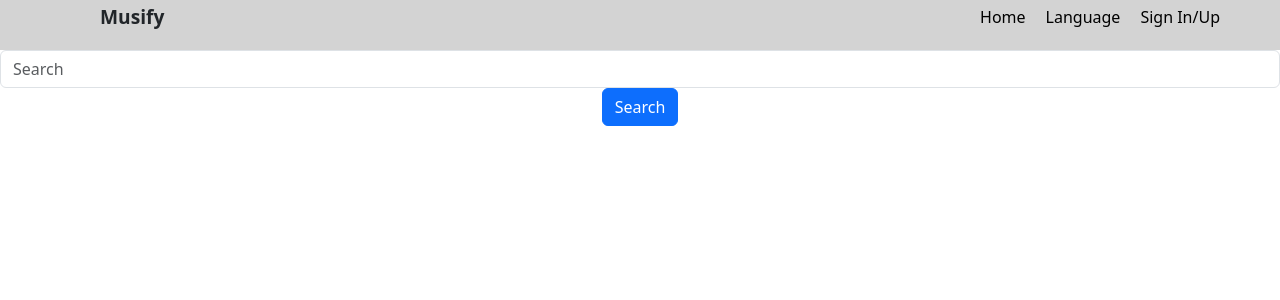
Repository: yuqiant/musify
Page: /home (app in musify/)
The author's editor kept a copy of each file at every save. The page is drawn from the files as they stood at one save, then again after the next save.
The browser window is 1280 px wide. The pictures show the whole page.
The project was rebuilt for these pictures with package versions that can differ from the ones it lists, and the page was loaded fresh each time. A package was used in the major version that the imports need, not the one package.json lists. Also part of the build but not shown: musify/src/search/index.js.

Above is the page before, as saved 2023-12-07 17:45:24.

### musify/src/index.js
import React from 'react';
import ReactDOM from 'react-dom/client';
import { BrowserRouter as Router } from 'react-router-dom'; // Import BrowserRouter

import './index.css';
import App from './App';
import Home from './home';
import reportWebVitals from './reportWebVitals';

const root = ReactDOM.createRoot(document.getElementById('root'));
root.render(

  <React.StrictMode>
    <Router><App /></Router>

  </React.StrictMode>
);

// If you want to start measuring performance in your app, pass a function
// to log results (for example: reportWebVitals(console.log))
// or send to an analytics endpoint. Learn more: https://bit.ly/CRA-vitals
reportWebVitals();

### musify/src/App.js
import logo from './logo.svg';
import 'bootstrap/dist/css/bootstrap.min.css';
import './App.css';
import Navbar from './navbar';
import Home from './home';
import SearchResults from './search';

function App() {
  return (
    <div>
      <Navbar />
      <Home />
      {/* <SearchResults /> */}
    </div>
  );

}

export default App;

### musify/src/home/index.js
// import React, { useState } from 'react';
// import axios from "axios";
// import 'bootstrap/dist/css/bootstrap.min.css';
// import './index.css';

// function Home() {
//     const [searchTerm, setSearchTerm] = useState('');
//     const [searchType, setSearchType] = useState('Songs');
//     const URL = "http://localhost:4000/api/songs";

//     const handleSearchChange = (event) => {
//         setSearchTerm(event.target.value);
//     };

//     const handleSearchSubmit = async (event) => {
//         event.preventDefault();
//         console.log('Search Term:', searchTerm);
//         console.log('Search Type:', searchType);
//         try {
//             // Make the API call
//             const response = await axios.post(URL, {
//                 searchTerm: searchTerm,
//                 searchType: searchType
//             });

//             const data = response.data;

//             // Do something with the search results
//             // For example, set them in the state and then map over that state to render components
//             console.log(data);
//         } catch (error) {
//             // Handle errors, for example, by setting an error message in your state and displaying it
//             // Axios wraps the response error in the 'response' object
//             if (error.response) {
//                 console.error('Error response:', error.response);
//             } else if (error.request) {
//                 console.error('Error request:', error.request);
//             } else {
//                 console.error('Error message:', error.message);
//             }
//         }
//     };

//     const handleSearchTypeChange = (type) => {
//         setSearchType(type);
//     };

//     return (
//         <div className="App">
//             <div className="playlist-section">
//                 <br /><br />
//                 <h2 className="playlist-heading">Make your Playlist</h2>
//                 <br /><br />
//                 <div className="search-types">
//                     {['Songs', 'Albums', 'Artists', 'Playlists'].map((type) => (
//                         <button
//                             key={type}
//                             className={`search-type-button ${searchType === type ? 'active' : ''}`}
//                             onClick={() => handleSearchTypeChange(type)}
//                         >
//                             {type}
//                         </button>
//                     ))}
//                     <br /><br />
//                 </div>
//                 <div className="search-container">
//                     <form onSubmit={handleSearchSubmit} className="form-inline">
//                         <input
//                             type="text"
//                             className="form-control search-bar mb-2 mr-sm-2"
//                             placeholder="Search for songs, artists, albums, playlists"
//                             value={searchTerm}
//                             onChange={handleSearchChange} />
//                         <button type="submit" className="btn btn-primary mb-2">Search</button>
//                     </form>
//                 </div>
//             </div>
//         </div>
//     );
// }

// export default Home;



import React, { useState, useEffect } from 'react';
import axios from 'axios';
import { useLocation, useHistory } from 'react-router-dom'; // still needed for reading the current location
import 'bootstrap/dist/css/bootstrap.min.css';
import './index.css';

function Home() {
    const [searchTerm, setSearchTerm] = useState('');
    const [searchResults, setSearchResults] = useState([]);
    const location = useLocation(); // to read the current query parameters
    // const URL = "http://localhost:4000";
    useEffect(() => {
        // Extract search criteria from URL query parameters
        const queryParams = new URLSearchParams(location.search);
        const query = queryParams.get('criteria');
        if (query) {
            performSearch(query);
        }
    }, [location.search]);

    const handleSearchChange = (event) => {
        setSearchTerm(event.target.value);
    };

    const performSearch = async (query) => {
        const REMOTE_API_URL = "http://localhost:4000/search"; // replace with the actual remote API URL
        try {
            const response = await axios.get(`${REMOTE_API_URL}?query=${query}`);
            setSearchResults(response.data.results); // Assuming the response has a 'results' field
        } catch (error) {
            console.error('Search error:', error);
        }
    };

    const handleSearchSubmit = (event) => {
        event.preventDefault();
        performSearch(searchTerm);
        window.history.pushState({}, '', `/search?criteria=${searchTerm}`); // Update URL without using history object
    };

    const renderSearchResults = () => {
        return searchResults.map((result, index) => (
            <div key={index} className="search-result-item">
                <img src={result.thumbnail} alt={result.title} />
                <h3>{result.title}</h3>
                <p>{result.description}</p>
                {/* Link to details page */}
                <a href={`/details/${result.id}`}>View Details</a>
            </div>
        ));
    };

    return (
        <div className="App">
            <div className="search-section">
                <form onSubmit={handleSearchSubmit} className="form-inline">
                    <input
                        type="text"
                        className="form-control search-bar"
                        placeholder="Search"
                        value={searchTerm}
                        onChange={handleSearchChange} />
                    <button type="submit" className="btn btn-primary">Search</button>
                </form>

                <div className="search-results">
                    {renderSearchResults()}
                </div>
            </div>
        </div>
    );
}

export default Home;

### musify/src/navbar/index.js

import React from 'react';
// import { NavLink } from 'react-router-dom';
import './index.css';
const Navbar = () => {
    return (
        <nav className="wd-navigation">
            {/* <div className="nav-container"> */}

            {/* <NavLink exact to="/" className="nav-logo">
                    Recipe Roulette
                </NavLink> */}
            <p className="bold-left-align">Musify</p>

            {/* 导航链接 */}
            <ul className="menu">
                <li className="list-group-item">
                    {/* <NavLink exact to="/" activeClassName="active"> */}
                    Home
                    {/* </NavLink> */}
                </li>
                <li className="list-group-item">
                    {/* <NavLink to="/language" activeClassName="active"> */}
                    Language
                    {/* </NavLink> */}
                </li>
                <li className="list-group-item">
                    {/* <NavLink to="/signin" activeClassName="active"> */}
                    Sign In/Up
                    {/* </NavLink> */}
                </li>
            </ul>
            {/* </div> */}
        </nav>
    );
};

export default Navbar;

### musify/src/home/index.css
/* Reset margin and padding to remove default browser styling */
* {
    margin: 0;
    padding: 0;
    box-sizing: border-box;
}

/* General App styling */
.App {
    text-align: center;
}

/* Navigation bar styling */
.App-nav {
    display: flex;
    justify-content: space-between;
    align-items: left;
    background-color: #282c34;
    padding: 1rem;
    color: white;
}

.App-nav h1 {
    font-size: 1.5rem;
}

.App-nav a {
    color: white;
    text-decoration: none;
    margin-left: 1rem;
}

.App-nav a:hover {
    text-decoration: underline;
}

/* Header and content styling */
.App-header {
    color: white;
    padding-top: 60px;
    /* Adjust this value as needed */
}

.App-logo {
    height: 40vmin;
    pointer-events: none;
}

.App-link {
    color: #61dafb;
}

.App-link:hover {
    color: #39a9db;
}

### musify/src/navbar/index.css
.wd-navigation {
    background-color: lightgray;
    list-style: none;
    padding: 0;
    margin: 0;
    width: 100%;
    /* Full width */
    display: flex;
    /* Align items in a row */
    justify-content: space-between;
    align-items: center;
    /* Even spacing */
    height: 50px;
}

.wd-navigation .list-group-item {
    display: inline-block;
    /* Make list items inline */
    border-radius: 0;
    color: black;
    /* Optional: removes border-radius */
}

.wd-navigation .menu {
    padding-right: 50px;
}

.wd-navigation a {
    padding: 10px;
    margin-bottom: 0;
    /* Adjust for horizontal layout */
    font-size: 0.8em;
    text-align: center;
    background-color: black;
    border: none;
    display: block;
    /* Ensure proper alignment */
    color: white;
    /* Text color */
    text-decoration: none;
}

.wd-navigation a.active {
    background-color: white;
    color: red;
}

.wd-icon,
.wd-navigation a i {
    color: red;
    font-size: 2em;
    margin-bottom: 0;
    /* Adjust for horizontal layout */
}

.list-group-item {
    color: white;
    /* Set default text color to white */
    padding: 5px 10px;
}

.list-group-item.active {
    background-color: black;
    color: red;
}

/* Responsive adjustments (if needed) */
@media (max-width: 600px) {
    .wd-navigation a {
        padding: 5px;
        font-size: 0.6em;
    }
}

.bold-left-align {
    font-weight: bold;
    text-align: left;

    padding-left: 100px;
    font-size: 1.2em;
}

Loaded but not shown: musify/public/index.html (common file); musify/src/index.css (common file); musify/src/reportWebVitals.js (common file); musify/src/App.css (common file)

After the next save:
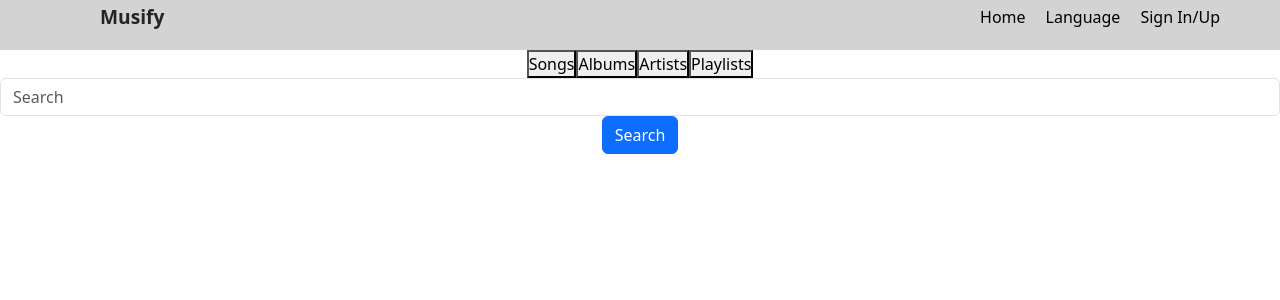
Saved 2 min 49 s later.
--- a/musify/src/home/index.js
+++ b/musify/src/home/index.js
@@ -83,19 +83,95 @@
 
 
 
+// import React, { useState, useEffect } from 'react';
+// import axios from 'axios';
+// import { useLocation, useHistory } from 'react-router-dom'; // still needed for reading the current location
+// import 'bootstrap/dist/css/bootstrap.min.css';
+// import './index.css';
+
+// function Home() {
+//     const [searchTerm, setSearchTerm] = useState('');
+//     const [searchResults, setSearchResults] = useState([]);
+//     const location = useLocation(); // to read the current query parameters
+//     // const URL = "http://localhost:4000";
+//     useEffect(() => {
+//         // Extract search criteria from URL query parameters
+//         const queryParams = new URLSearchParams(location.search);
+//         const query = queryParams.get('criteria');
+//         if (query) {
+//             performSearch(query);
+//         }
+//     }, [location.search]);
+
+//     const handleSearchChange = (event) => {
+//         setSearchTerm(event.target.value);
+//     };
+
+//     const performSearch = async (query) => {
+//         const REMOTE_API_URL = "http://localhost:4000/search"; // replace with the actual remote API URL
+//         try {
+//             const response = await axios.get(`${REMOTE_API_URL}?query=${query}`);
+//             setSearchResults(response.data.results); // Assuming the response has a 'results' field
+//         } catch (error) {
+//             console.error('Search error:', error);
+//         }
+//     };
+
+//     const handleSearchSubmit = (event) => {
+//         event.preventDefault();
+//         performSearch(searchTerm);
+//         window.history.pushState({}, '', `/search?criteria=${searchTerm}`); // Update URL without using history object
+//     };
+
+//     const renderSearchResults = () => {
+//         return searchResults.map((result, index) => (
+//             <div key={index} className="search-result-item">
+//                 <img src={result.thumbnail} alt={result.title} />
+//                 <h3>{result.title}</h3>
+//                 <p>{result.description}</p>
+//                 {/* Link to details page */}
+//                 <a href={`/details/${result.id}`}>View Details</a>
+//             </div>
+//         ));
+//     };
+
+//     return (
+//         <div className="App">
+//             <div className="search-section">
+//                 <form onSubmit={handleSearchSubmit} className="form-inline">
+//                     <input
+//                         type="text"
+//                         className="form-control search-bar"
+//                         placeholder="Search"
+//                         value={searchTerm}
+//                         onChange={handleSearchChange} />
+//                     <button type="submit" className="btn btn-primary">Search</button>
+//                 </form>
+
+//                 <div className="search-results">
+//                     {renderSearchResults()}
+//                 </div>
+//             </div>
+//         </div>
+//     );
+// }
+
+// export default Home;
+
 import React, { useState, useEffect } from 'react';
 import axios from 'axios';
-import { useLocation, useHistory } from 'react-router-dom'; // still needed for reading the current location
+import { useLocation } from 'react-router-dom';
 import 'bootstrap/dist/css/bootstrap.min.css';
 import './index.css';
 
 function Home() {
     const [searchTerm, setSearchTerm] = useState('');
+    const [searchType, setSearchType] = useState('Songs'); // New state for search type
     const [searchResults, setSearchResults] = useState([]);
-    const location = useLocation(); // to read the current query parameters
-    // const URL = "http://localhost:4000";
+    const location = useLocation();
+    const REMOTE_API_URL = "http://localhost:4000/search";
+
     useEffect(() => {
-        // Extract search criteria from URL query parameters
         const queryParams = new URLSearchParams(location.search);
         const query = queryParams.get('criteria');
         if (query) {
@@ -107,11 +183,14 @@ function Home() {
         setSearchTerm(event.target.value);
     };
 
+    const handleSearchTypeChange = (type) => {
+        setSearchType(type); // Update the search type
+    };
+
     const performSearch = async (query) => {
-        const REMOTE_API_URL = "http://localhost:4000/search"; // replace with the actual remote API URL
         try {
-            const response = await axios.get(`${REMOTE_API_URL}?query=${query}`);
-            setSearchResults(response.data.results); // Assuming the response has a 'results' field
+            const response = await axios.get(`${REMOTE_API_URL}?query=${query}&type=${searchType}`);
+            setSearchResults(response.data.results);
         } catch (error) {
             console.error('Search error:', error);
         }
@@ -120,7 +199,7 @@ function Home() {
     const handleSearchSubmit = (event) => {
         event.preventDefault();
         performSearch(searchTerm);
-        window.history.pushState({}, '', `/search?criteria=${searchTerm}`); // Update URL without using history object
+        window.history.pushState({}, '', `/search?criteria=${searchTerm}`);
     };
 
     const renderSearchResults = () => {
@@ -129,7 +208,6 @@ function Home() {
                 <img src={result.thumbnail} alt={result.title} />
                 <h3>{result.title}</h3>
                 <p>{result.description}</p>
-                {/* Link to details page */}
                 <a href={`/details/${result.id}`}>View Details</a>
             </div>
         ));
@@ -138,6 +216,17 @@ function Home() {
     return (
         <div className="App">
             <div className="search-section">
+                <div className="search-types">
+                    {['Songs', 'Albums', 'Artists', 'Playlists'].map((type) => (
+                        <button
+                            key={type}
+                            className={`search-type-button ${searchType === type ? 'active' : ''}`}
+                            onClick={() => handleSearchTypeChange(type)}
+                        >
+                            {type}
+                        </button>
+                    ))}
+                </div>
                 <form onSubmit={handleSearchSubmit} className="form-inline">
                     <input
                         type="text"
@@ -147,7 +236,6 @@ function Home() {
                         onChange={handleSearchChange} />
                     <button type="submit" className="btn btn-primary">Search</button>
                 </form>
-
                 <div className="search-results">
                     {renderSearchResults()}
                 </div>
